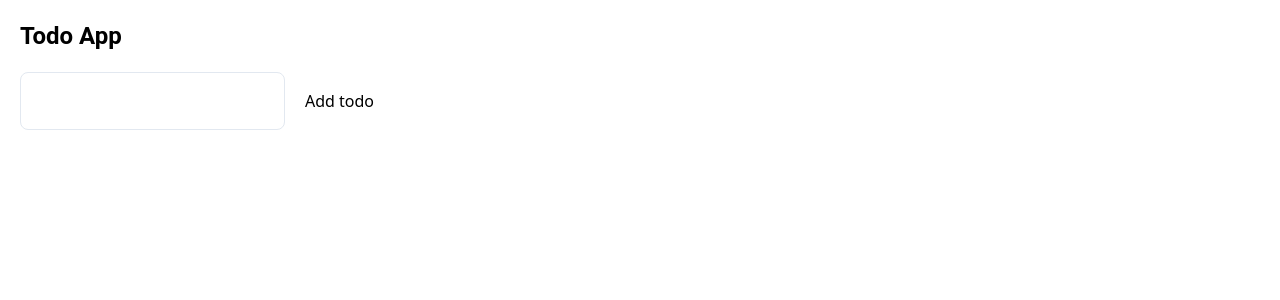
Repository: vophuocthanh/react-typescript
Page: /
An editor plug-in stored every save of this project. The page is shown before and after the next save, followed by the edit.
The browser window is 1280 px wide. The pictures show the whole page.
The project was rebuilt for these pictures with package versions that can differ from the ones it lists, and the page was loaded fresh each time. Also part of the build but not shown: vite.config.ts.

Above is the page before, as saved 2023-04-04 23:26:35.

After the next save:
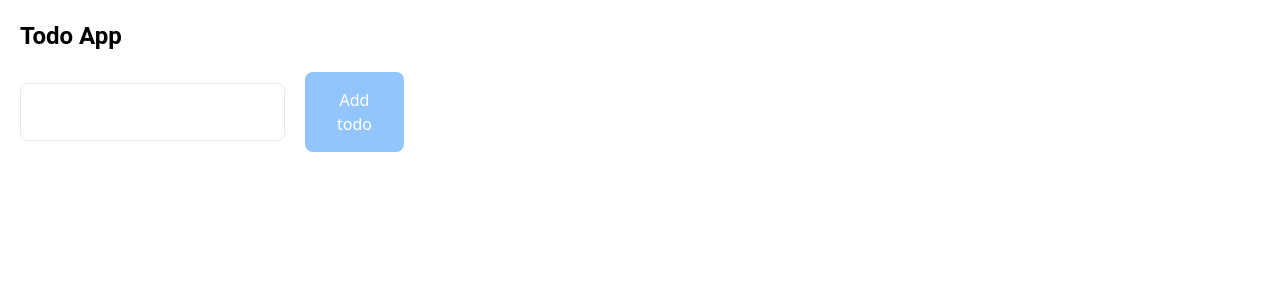
Saved 33 s later.
--- a/src/App.tsx
+++ b/src/App.tsx
@@ -12,7 +12,9 @@ const App = () => {
             type="text"
             className="p-4 border border-slate-200 rounded-lg"
           />
-          <button>Add todo</button>
+          <button className="p-4 rounded-lg bg-blue-300 text-white text-center">
+            Add todo
+          </button>
         </div>
       </div>
     </div>
